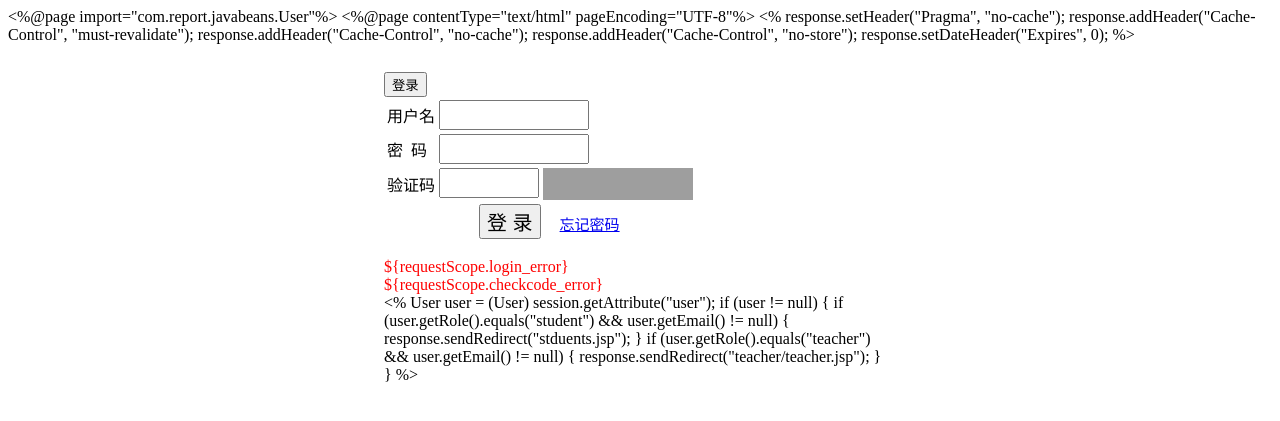
Repository: IAmJiangWenHao/ReportServer
Page: demo.html
These files come from the project's save history. The page is drawn as it stood at one moment and after the next save; the edit follows.
The browser window is 1280 px wide. The pictures show the whole page.
Pictures or frames that could not be fetched are drawn as grey boxes.

Above is the page before, as saved 2023-05-16 11:45:44.

After the next save:
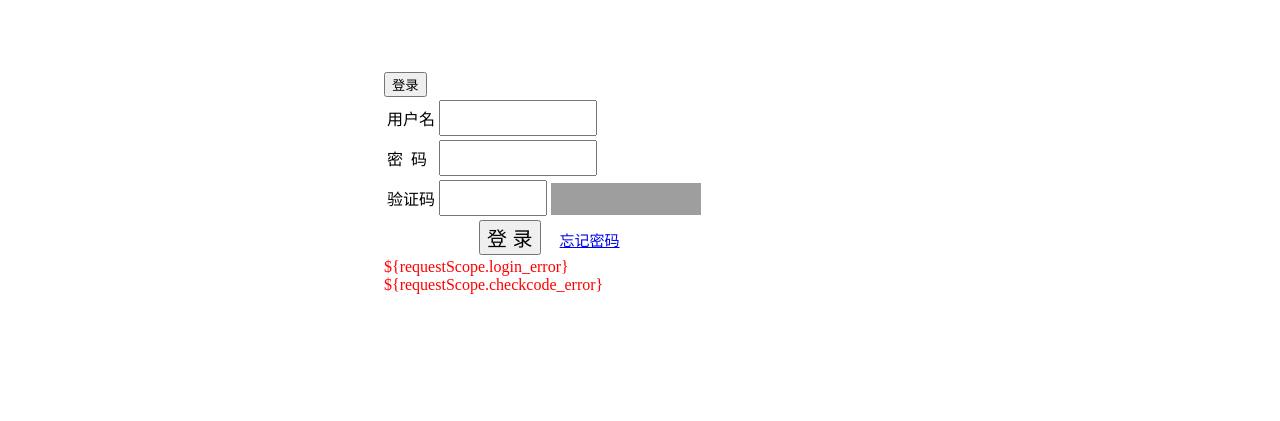
Saved 24 s later.
--- a/demo.html
+++ b/demo.html
@@ -1,12 +1,3 @@
-<%@page import="com.report.javabeans.User"%>
-<%@page contentType="text/html" pageEncoding="UTF-8"%>
-<%
-  response.setHeader("Pragma", "no-cache");
-  response.addHeader("Cache-Control", "must-revalidate");
-  response.addHeader("Cache-Control", "no-cache");
-  response.addHeader("Cache-Control", "no-store");
-  response.setDateHeader("Expires", 0);
-%>
 <!DOCTYPE html>
 <html>
   <head>
@@ -143,16 +134,5 @@
       <div style="color: red">${requestScope.login_error}</div>
       <div style="color: red">${requestScope.checkcode_error}</div>
     </div>
-    <%
-      User user = (User) session.getAttribute("user");
-      if (user != null) {
-        if (user.getRole().equals("student") && user.getEmail() != null) {
-          response.sendRedirect("stduents.jsp");
-        }
-        if (user.getRole().equals("teacher") && user.getEmail() != null) {
-          response.sendRedirect("teacher/teacher.jsp");
-        }
-      }
-    %>
   </body>
 </html>

After the save that followed:
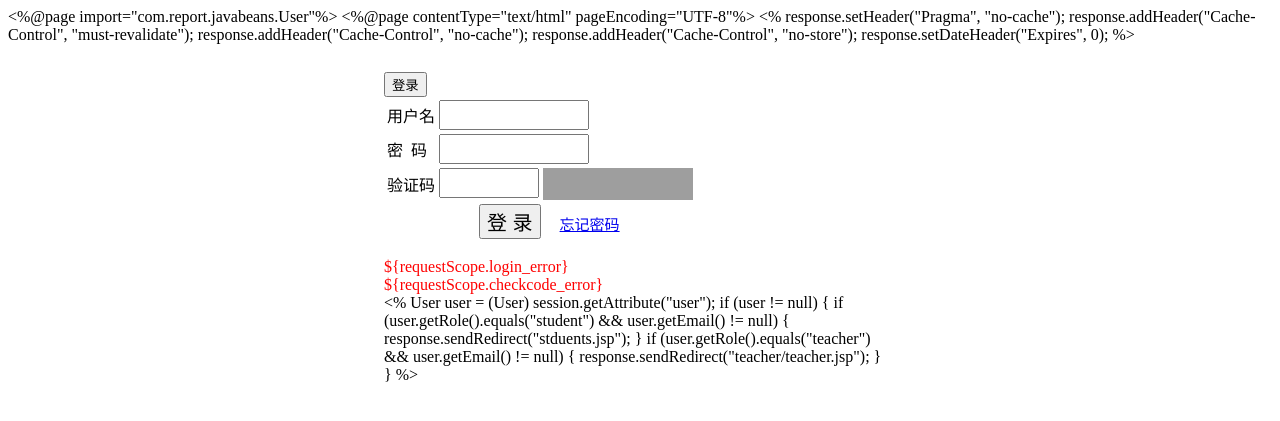
Saved 100 s later.
--- a/demo.html
+++ b/demo.html
@@ -1,3 +1,12 @@
+<%@page import="com.report.javabeans.User"%>
+<%@page contentType="text/html" pageEncoding="UTF-8"%>
+<%
+  response.setHeader("Pragma", "no-cache");
+  response.addHeader("Cache-Control", "must-revalidate");
+  response.addHeader("Cache-Control", "no-cache");
+  response.addHeader("Cache-Control", "no-store");
+  response.setDateHeader("Expires", 0);
+%>
 <!DOCTYPE html>
 <html>
   <head>
@@ -134,5 +143,16 @@
       <div style="color: red">${requestScope.login_error}</div>
       <div style="color: red">${requestScope.checkcode_error}</div>
     </div>
+    <%
+      User user = (User) session.getAttribute("user");
+      if (user != null) {
+        if (user.getRole().equals("student") && user.getEmail() != null) {
+          response.sendRedirect("stduents.jsp");
+        }
+        if (user.getRole().equals("teacher") && user.getEmail() != null) {
+          response.sendRedirect("teacher/teacher.jsp");
+        }
+      }
+    %>
   </body>
 </html>
